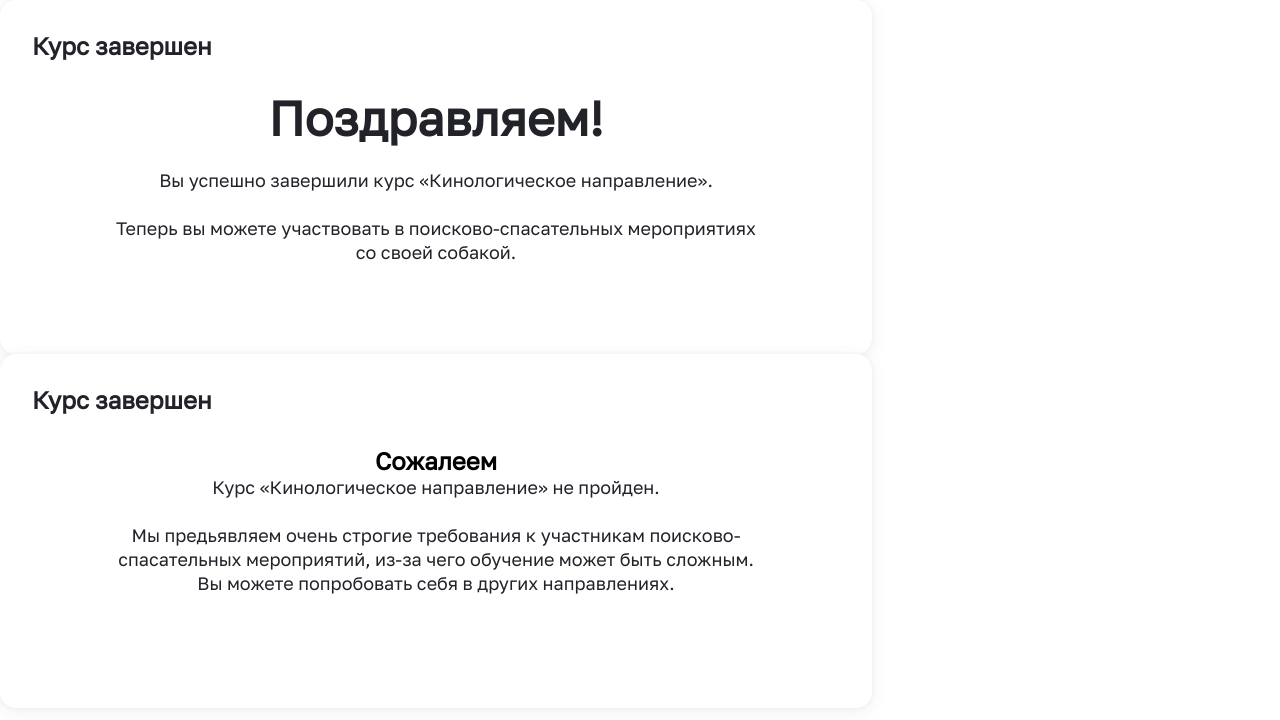
Repository: RuslanSR2424/Group5_LizaAlert
Page: index.html
The author's editor kept a copy of each file at every save. The page is drawn from the files as they stood at one save, then again after the next save.
The browser window is 1280 px wide. The pictures show the whole page.

Above is the page before, as saved 2022-03-10 14:41:50.

### index.html
<!DOCTYPE html>
<html lang="en">

<head>
    <meta charset="UTF-8">
    <meta http-equiv="X-UA-Compatible" content="IE=edge">
    <meta name="viewport" content="width=device-width, initial-scale=1.0">
    <title>Document</title>
    <link rel="stylesheet" href="./pages/index.css" />
</head>

<body class="root">
    <section>
        <div class="endOfCourse">
            <p class="endOfCourse__name">Курс завершен</p>
            <div class="endOfCourse__container endOfCourse__container_type_congratulate">
                <h2 class="endOfCourse__title endOfCourse__title_type_congratulate">Поздравляем!</h2>
                <p class="endOfCourse__text endOfCourse__text_type_congratulate">Вы успешно завершили курс
                    «Кинологическое направление».</p>
                <p class="endOfCourse__text endOfCourse__text_type_congratulate">Теперь вы можете участвовать
                    в поисково-спасательных мероприятиях со своей
                    собакой.</p>
            </div>
        </div>
        <div class="endOfCourse">
            <p class="endOfCourse__name">Курс завершен</p>
            <div class="endOfCourse__container endOfCourse__container_type_sorry">
                <h2 class="endOfCourse__title endOfCourse__title_type_sorry">Сожалеем</h2>
                <p class="endOfCourse__text endOfCourse__text_type_sorry">Курс <span>«Кинологическое направление»</span>
                    не пройден.</p>
                <p class="endOfCourse__text endOfCourse__text_type_sorry">Мы предьявляем очень строгие требования
                    к участникам поисково-спасательных мероприятий, из-за чего обучение может быть сложным. Вы можете
                    попробовать себя в <span>других направлениях.</span></p>
            </div>
        </div>
    </section>

</body>

</html>

### pages/index.css
@import url(../fonts/fonts.css);
@import url(../blocks/root/root.css);

/* endOfCourse */

@import url(../blocks/endOfCourse/endOfCourse.css);
@import url(../blocks/endOfCourse/__congratulate/endOfCourse__congratulate.css);
@import url(../blocks/endOfCourse/__name/endOfCourse__name.css);
@import url(../blocks/endOfCourse/__container/endOfCourse__container.css);
@import url(../blocks/endOfCourse/__container/_type/endOfCourse__container_type_congratulate.css);
@import url(../blocks/endOfCourse/__text/endOfCourse__text.css);
@import url(../blocks/endOfCourse/__text/_type/endOfCourse__text_type_congratulate.css);
@import url(../blocks/endOfCourse/__text/_type/endOfCourse__text_type_sorry.css);
@import url(../blocks/endOfCourse/__title/endOfCourse__title.css);
@import url(../blocks/endOfCourse/__title/_type/endOfCourse__title_type_congratulate.css);

### fonts/fonts.css
@font-face {
    font-family: "GolosTextWebRegular";
    src: url(./golos/Golos-Text_Regular.woff2) format("woff2"),
      url(./golos/Golos-Text_Regular.woff) format("woff");
    font-weight: normal;
    font-style: normal;
  }
  @font-face {
    font-family: "GolosTextWebBold";
    src: url(./golos/Golos-Text_Bold.woff2) format("woff2"),
      url(./golos/Golos-Text_Bold.woff) format("woff");
    font-weight: 700,bold;
    font-style: normal;
  }

### blocks/root/root.css
.root {
  margin: 0;
  padding: 0;
  font-family: "GolosTextWebRegular";
}

### blocks/endOfCourse/endOfCourse.css
.endOfCourse {
  display: flex;
  flex-direction: column;

  width: 872px;
  height: 354px;

  background: #ffffff;
  box-shadow: 0px 0px 4px rgba(231, 232, 235, 0.6),
    0px 4px 16px rgba(231, 232, 235, 0.6);
  border-radius: 16px;
}

### blocks/endOfCourse/__congratulate/endOfCourse__congratulate.css
.endOfCourse__congratulate {
  display: flex;
  flex-direction: column;

  width: 872px;
  height: 354px;

  background: #ffffff;
  box-shadow: 0px 0px 4px rgba(231, 232, 235, 0.6),
    0px 4px 16px rgba(231, 232, 235, 0.6);
  border-radius: 16px;
}

### blocks/endOfCourse/__name/endOfCourse__name.css
.endOfCourse__name {
  font-style: normal;
  font-weight: 700;
  font-size: 24px;
  line-height: 28px;
  color: #212329;

  margin: 32px 32px 0 32px;
  padding: 0;
}

### blocks/endOfCourse/__container/endOfCourse__container.css
.endOfCourse__container {
  display: flex;
  flex-direction: column;
  align-items: center;

  width: 808px;
  height: 230px;

  margin: 32px auto 0 auto;
}

### blocks/endOfCourse/__container/_type/endOfCourse__container_type_congratulate.css
.endOfCourse__container_type_congratulate{}

### blocks/endOfCourse/__text/endOfCourse__text.css
.endOfCourse__text {
    margin: 0;
    padding: 0;
}

### blocks/endOfCourse/__text/_type/endOfCourse__text_type_congratulate.css
.endOfCourse__text_type_congratulate {
  font-style: normal;
  font-weight: 400;
  font-size: 18px;
  line-height: 24px;
  color: #212329;
  text-align: center;

  max-width: 680px;

  margin-bottom: 24px;
}

### blocks/endOfCourse/__text/_type/endOfCourse__text_type_sorry.css
.endOfCourse__text_type_sorry {
  font-style: normal;
  font-weight: 400;
  font-size: 18px;
  line-height: 24px;
  color: #212329;
  text-align: center;

  max-width: 680px;

  margin-bottom: 24px;
}

### blocks/endOfCourse/__title/endOfCourse__title.css
.endOfCourse__title {
    margin: 0;
    padding: 0;
}

### blocks/endOfCourse/__title/_type/endOfCourse__title_type_congratulate.css
.endOfCourse__title_type_congratulate {
  font-style: normal;
  font-size: 48px;
  line-height: 52px;
  color: #212329;
  margin-bottom: 24px;
}

### blocks/endOfCourse/__title/_type/endOfCourse__title_type_sorry.css
.endOfCourse__title_type_sorry {
  font-style: normal;
  font-size: 48px;
  line-height: 52px;
  color: #212329;
  margin-bottom: 24px;
}

After the next save:
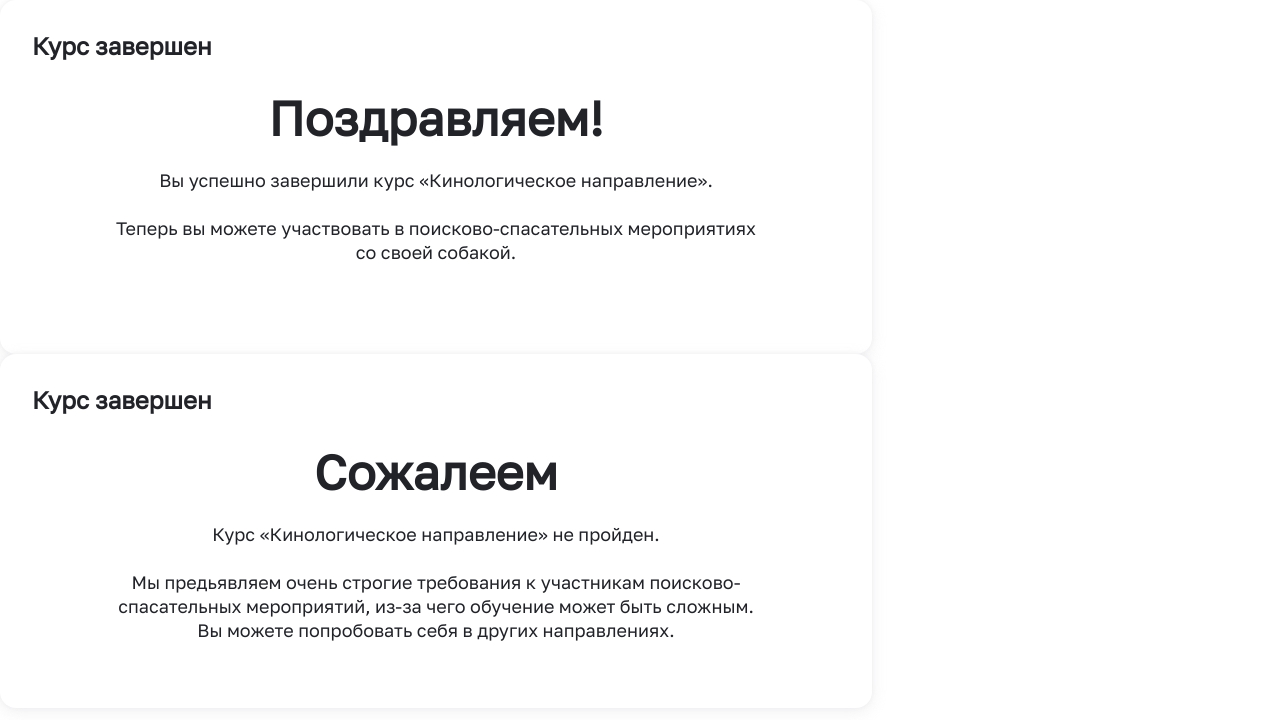
Saved 12 s later.
--- a/pages/index.css
+++ b/pages/index.css
@@ -12,4 +12,5 @@
 @import url(../blocks/endOfCourse/__text/_type/endOfCourse__text_type_congratulate.css);
 @import url(../blocks/endOfCourse/__text/_type/endOfCourse__text_type_sorry.css);
 @import url(../blocks/endOfCourse/__title/endOfCourse__title.css);
+@import url(../blocks/endOfCourse/__title/_type/endOfCourse__title_type_sorry.css);
 @import url(../blocks/endOfCourse/__title/_type/endOfCourse__title_type_congratulate.css);
